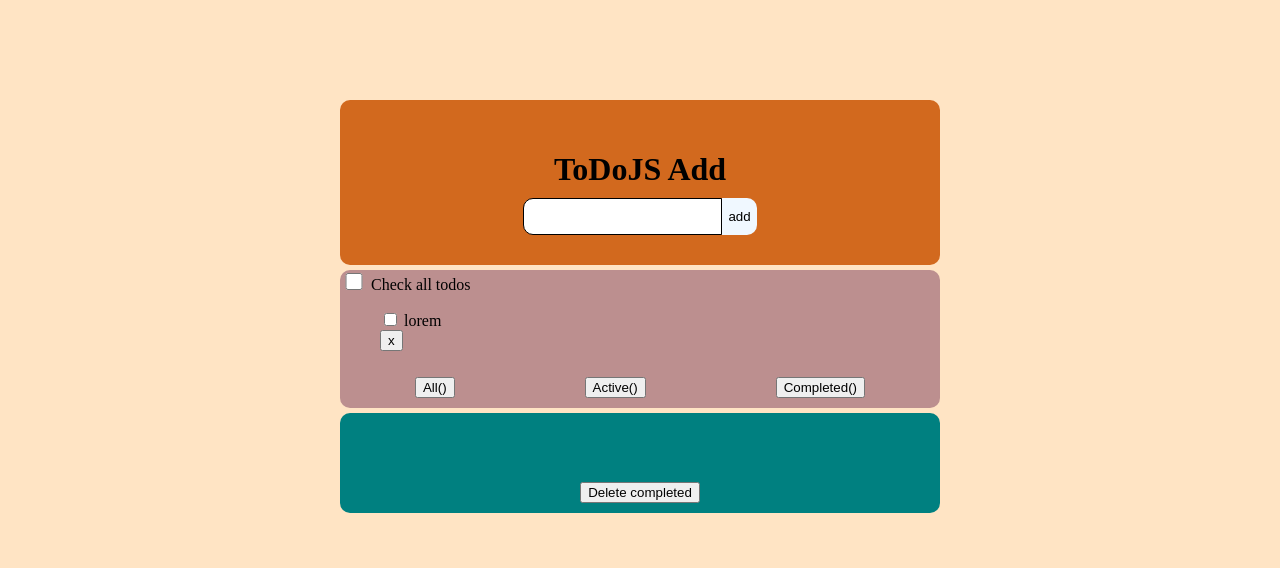
Repository: Savich01/todoTest
Page: index.html
These files come from the project's save history. The page is drawn as it stood at one moment and after the next save; the edit follows.
The browser window is 1280 px wide. The pictures show the whole page.

Above is the page before, as saved 2024-05-08 10:39:42.

After the next save:
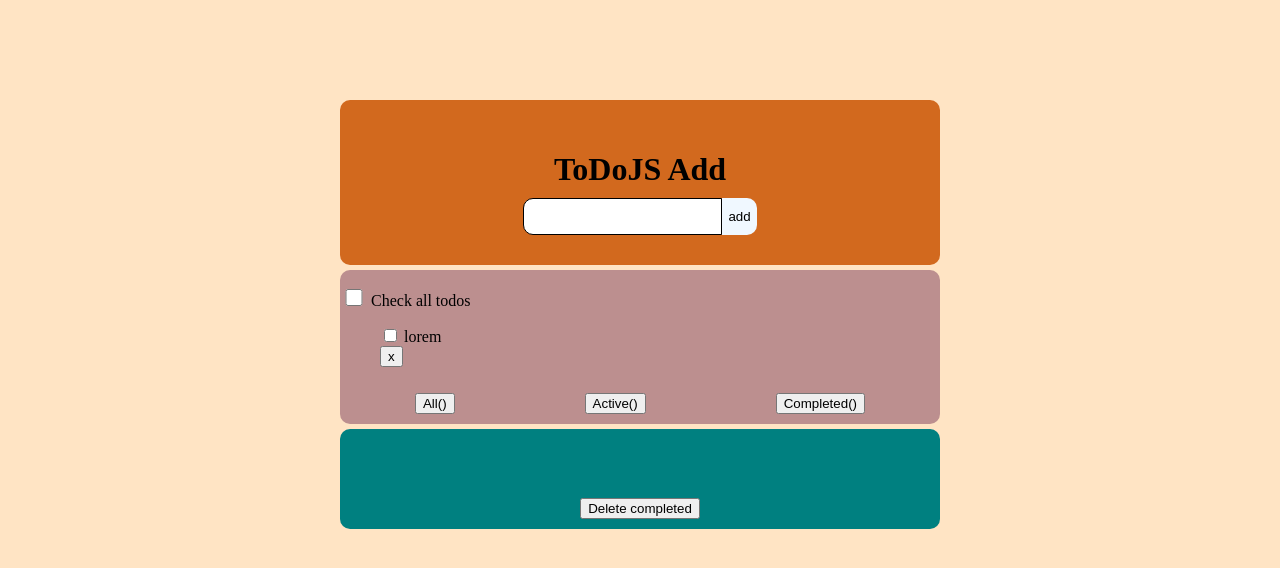
Saved 4 min 5 s later.
--- a/index.html
+++ b/index.html
@@ -22,6 +22,11 @@
         <div class="main-block">
 
             <div class="main-container">
+                <ul class="main-container--list">
+                    <li class="main-container--list-link">
+
+                    </li>
+                </ul>
                 <input class="checkbox-active" type="checkbox">
                 <span>Check all todos</span>
                 <ul class="main-container--list">
